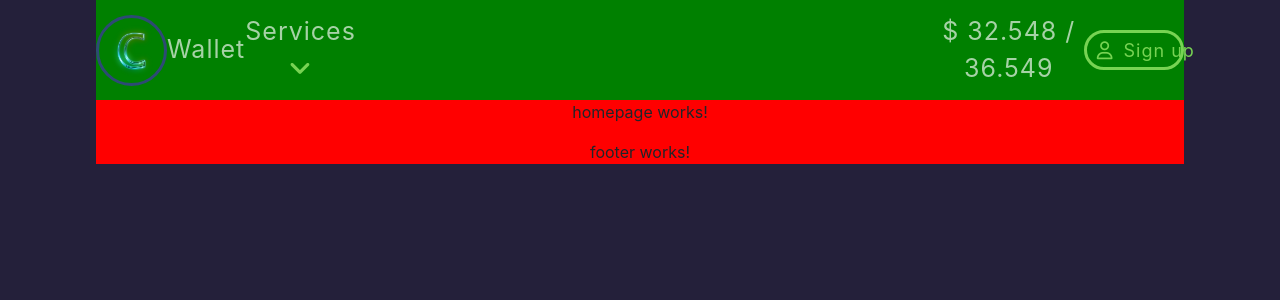
Repository: YuriyBen/Corzbank
Page: / (app in Corzbank.Web/ClientApp/)
These files come from the project's save history. The page is drawn as it stood at one moment and after the next save; the edit follows.
The browser window is 1280 px wide. The pictures show the whole page.
Some web libraries are served in a nearby version. The project was rebuilt for these pictures with package versions that can differ from the ones it lists, and the page was loaded fresh each time. Also part of the build but not shown: Corzbank.Web/ClientApp/angular.json.

Above is the page before, as saved 2022-05-19 20:29:53.

After the next save:
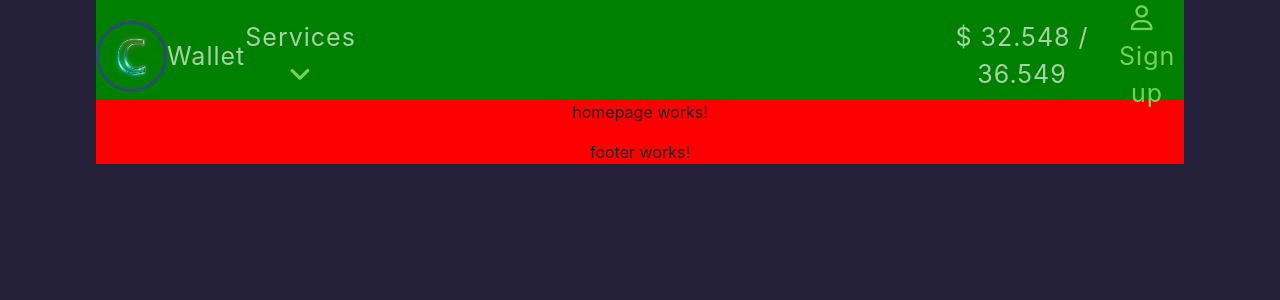
Saved 54 s later.
--- a/Corzbank.Web/ClientApp/src/app/header/header.component.scss
+++ b/Corzbank.Web/ClientApp/src/app/header/header.component.scss
@@ -31,6 +31,7 @@
 .left-block img{
     width: 65px;
 }
+.left-block
 .right-block .account{
     display: -webkit-inline-box;
     width: 140px;
